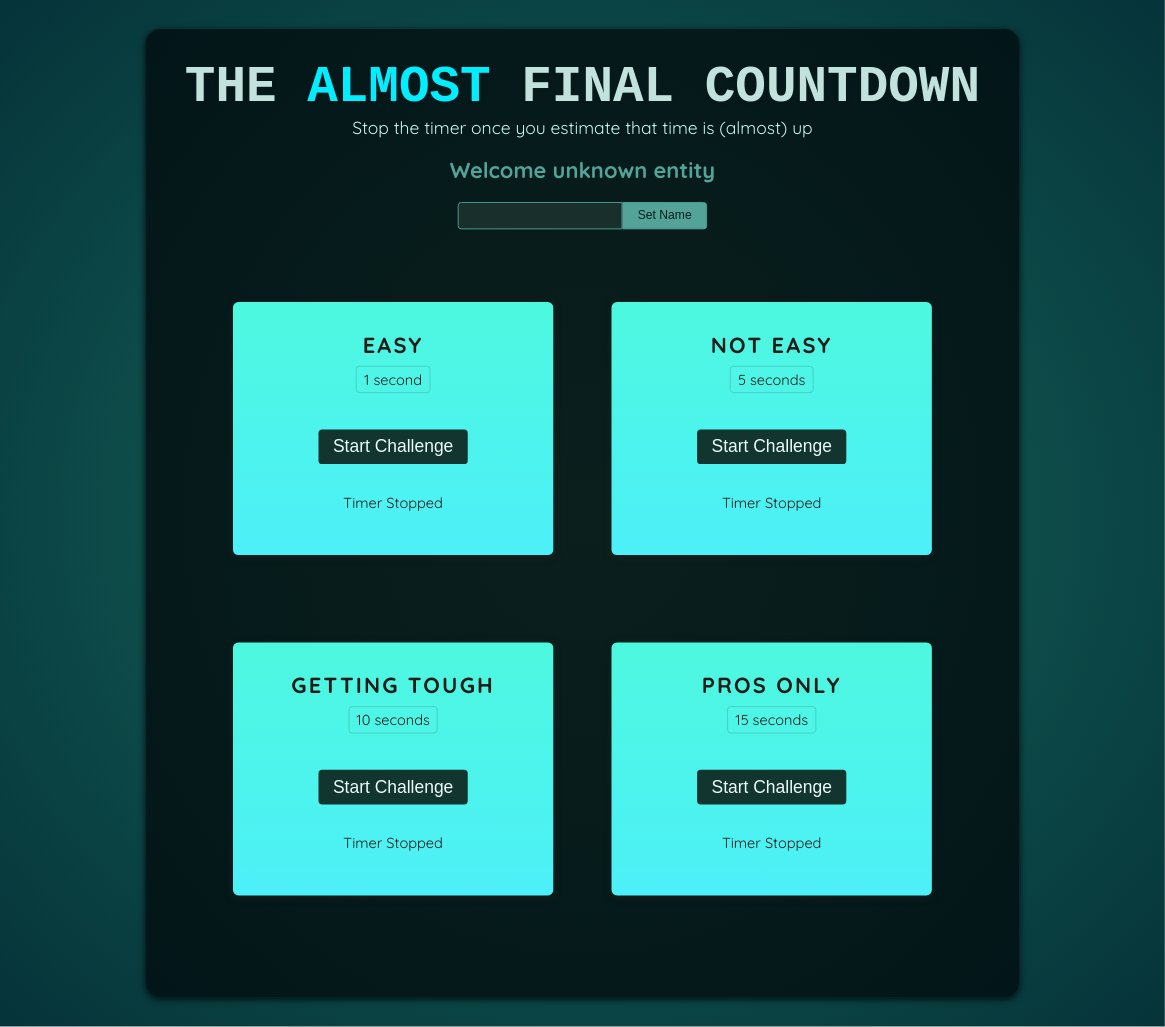
Repository: collyrium921/countdown-game
Page: /
An editor plug-in stored every save of this project. The page is shown before and after the next save, followed by the edit.
The browser window is 1280 px wide. The pictures show the whole page, at 91% of full size.
Some web fonts or font styles are not loaded; a fallback is used. The project was rebuilt for these pictures with package versions that can differ from the ones it lists, and the page was loaded fresh each time. Also part of the build but not shown: vite.config.js.

Above is the page before, as saved 2024-05-27 00:18:04.

### src/App.jsx
import Player from './components/Player.jsx';
import TimerChallenge from './components/TimerChallenge.jsx';

function App() {
  return (
    <>
      <Player />
      <div id="challenges">
        <TimerChallenge title="Easy" targetTime={1} />
        <TimerChallenge title="Not Easy" targetTime={5} />
        <TimerChallenge title="Getting Tough" targetTime={10} />
        <TimerChallenge title="Pros Only" targetTime={15} />
      </div>
    </>
  );
}

export default App;

### src/components/Player.jsx
import { useState, useRef } from "react";

export default function Player() {
  const playerName= useRef();
  const [enteredPlayerName, setEnteredPlayerName] = useState(null);

  function handleClick(){
   setEnteredPlayerName(playerName.current.value);
   playerName.current.value = ''
  }
  return (
    <section id="player">
      <h2>Welcome {enteredPlayerName ?? 'unknown entity'}</h2>
      <p>
        <input ref={playerName} type="text" />
        <button onClick={handleClick}>Set Name</button>
      </p>
    </section>
  );
}

### src/components/TimerChallenge.jsx
import { useRef, useState } from "react";
import ResultModal from "./ResultModal";
// let timer;

export default function TimerChallenge({ title, targetTime }) {
  const timer = useRef();
  const dialog = useRef();
  const [timerStarted, setTimerStarted] = useState(false);
  const [timerExpired, setTimerExpired] = useState(false);

  function handleStart() {
    timer.current = setTimeout(() => {
      setTimerExpired(true);
      dialog.current.showModal()
    }, targetTime * 1000);
    setTimerStarted(true);
  }

  function handleStop() {
    clearTimeout(timer.current);
  }

  return (
    <>
      {timerExpired && (
        <ResultModal ref={dialog} targetTime={targetTime} result="lost" />
      )}
      <section className="challenge">
        <h2>{title}</h2>
        <p className="challenge-time">
          {targetTime} second{targetTime > 1 ? "s" : ""}
        </p>
        <p>
          <button onClick={timerStarted ? handleStop : handleStart}>
            {timerStarted ? "Stop" : "Start"} Challenge
          </button>
        </p>
        <p className={timerStarted ? "active" : undefined}>
          {timerStarted ? "Time is Running..." : "Timer Stopped"}
        </p>
      </section>
    </>
  );
}

### src/components/ResultModal.jsx
export default function ResultModal({ref,result, targetTime}){
    return(
        <dialog ref={ref} className="result-modal" open>
            <h2>You {result}</h2>
            <p>The target time was <strong>{targetTime} seconds.</strong></p>
            <p>You stopped the timer with <strong>x seconds left</strong></p>
            <form method="dialog">
                <button>Close</button>
            </form>
        </dialog>
    )
}

Loaded but not shown: index.html (common file); src/main.jsx (common file); src/index.css (common file)

After the next save:
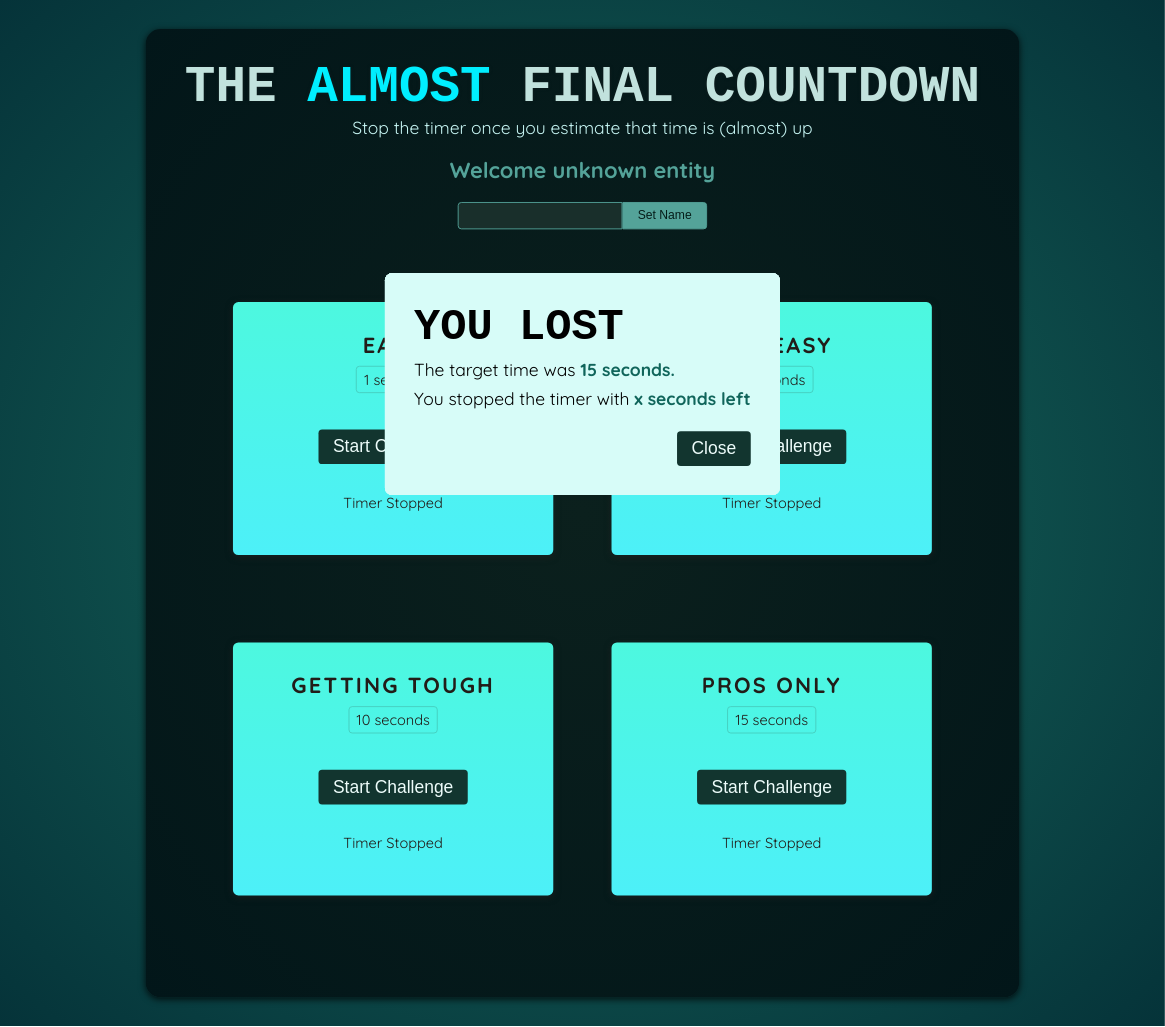
Saved 15 s later.
--- a/src/components/TimerChallenge.jsx
+++ b/src/components/TimerChallenge.jsx
@@ -22,9 +22,7 @@ export default function TimerChallenge({ title, targetTime }) {
 
   return (
     <>
-      {timerExpired && (
         <ResultModal ref={dialog} targetTime={targetTime} result="lost" />
-      )}
       <section className="challenge">
         <h2>{title}</h2>
         <p className="challenge-time">

After the 5 saves that followed:
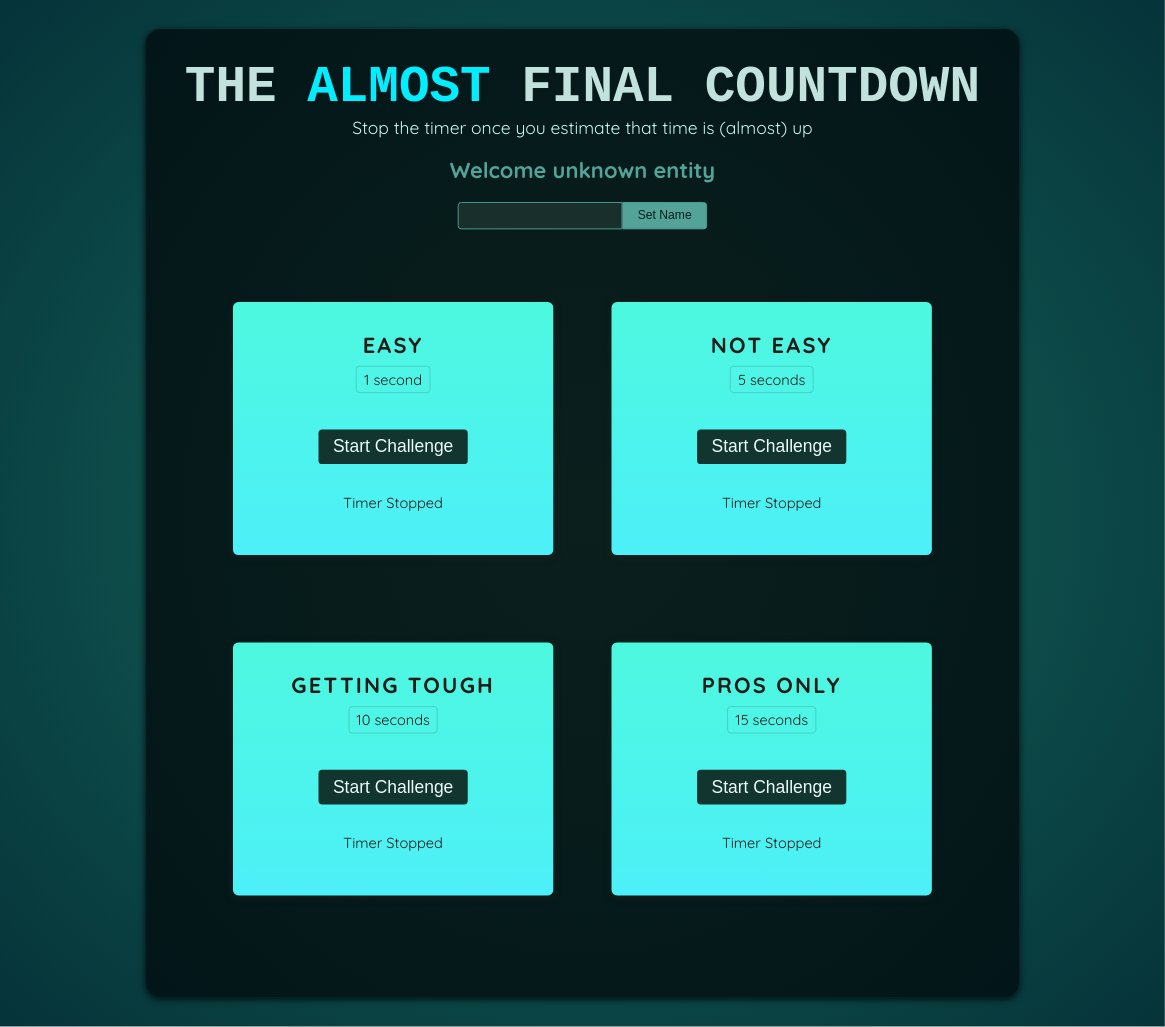
The 5 saves are shown as one change because 4 left the picture as it was.
The last was saved 7 min 8 s later.
--- a/src/components/Player.jsx
+++ b/src/components/Player.jsx
@@ -1,13 +1,15 @@
-import { useState, useRef } from "react";
+import { useState, useRef } from 'react';
 
 export default function Player() {
-  const playerName= useRef();
+  const playerName = useRef();
+
   const [enteredPlayerName, setEnteredPlayerName] = useState(null);
 
-  function handleClick(){
-   setEnteredPlayerName(playerName.current.value);
-   playerName.current.value = ''
+  function handleClick() {
+    setEnteredPlayerName(playerName.current.value);
+    playerName.current.value = '';
   }
+
   return (
     <section id="player">
       <h2>Welcome {enteredPlayerName ?? 'unknown entity'}</h2>
--- a/src/components/ResultModal.jsx
+++ b/src/components/ResultModal.jsx
@@ -1,12 +1,20 @@
-export default function ResultModal({ref,result, targetTime}){
-    return(
-        <dialog ref={ref} className="result-modal" open>
-            <h2>You {result}</h2>
-            <p>The target time was <strong>{targetTime} seconds.</strong></p>
-            <p>You stopped the timer with <strong>x seconds left</strong></p>
-            <form method="dialog">
-                <button>Close</button>
-            </form>
-        </dialog>
-    )
-}
+import { forwardRef } from 'react';
+
+const ResultModal = forwardRef(function ResultModal({ result, targetTime }, ref) {
+  return (
+    <dialog ref={ref} className="result-modal">
+      <h2>You {result}</h2>
+      <p>
+        The target time was <strong>{targetTime} seconds.</strong>
+      </p>
+      <p>
+        You stopped the timer with <strong>X seconds left.</strong>
+      </p>
+      <form method="dialog">
+        <button>Close</button>
+      </form>
+    </dialog>
+  );
+})
+
+export default ResultModal;
